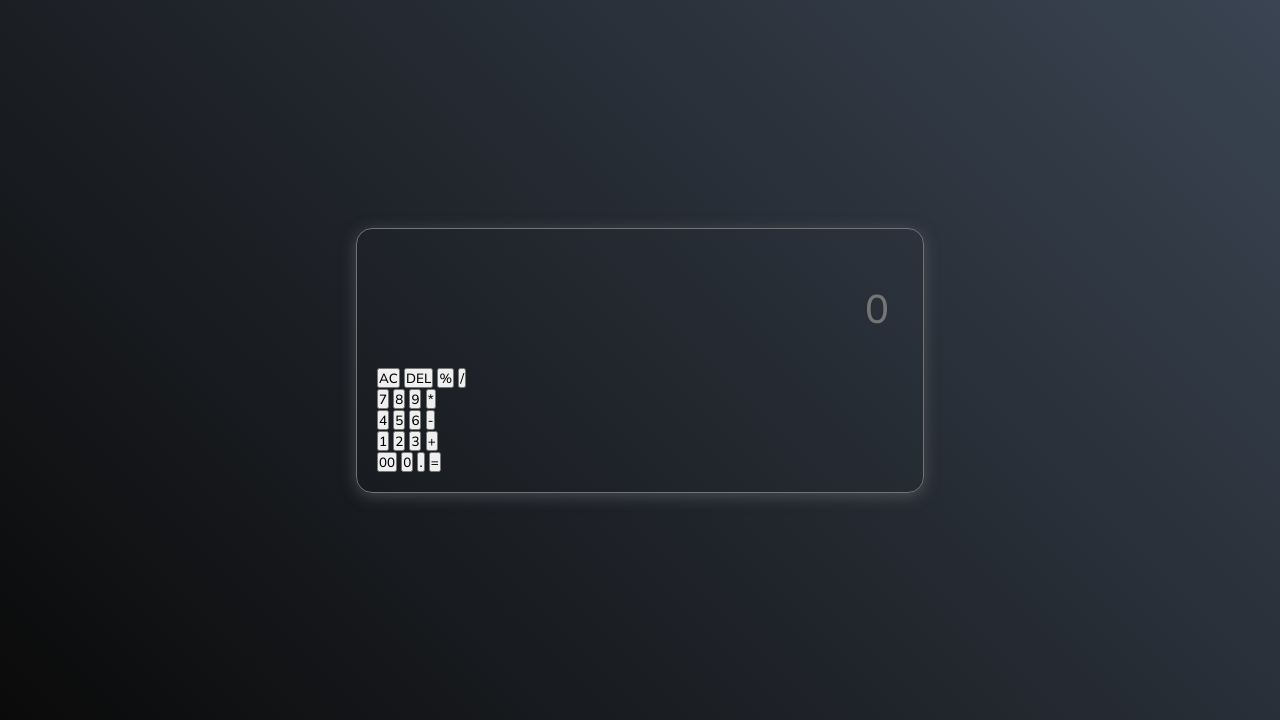
Repository: vaibhav1281/Calculator
Page: index.html
These files come from the project's save history. The page is drawn as it stood at one moment and after a run of saves; the edit follows.
The browser window is 1280 px wide. The pictures show the whole page.

Above is the page before, as saved 2023-05-06 20:06:10.

After the next 8 saves:
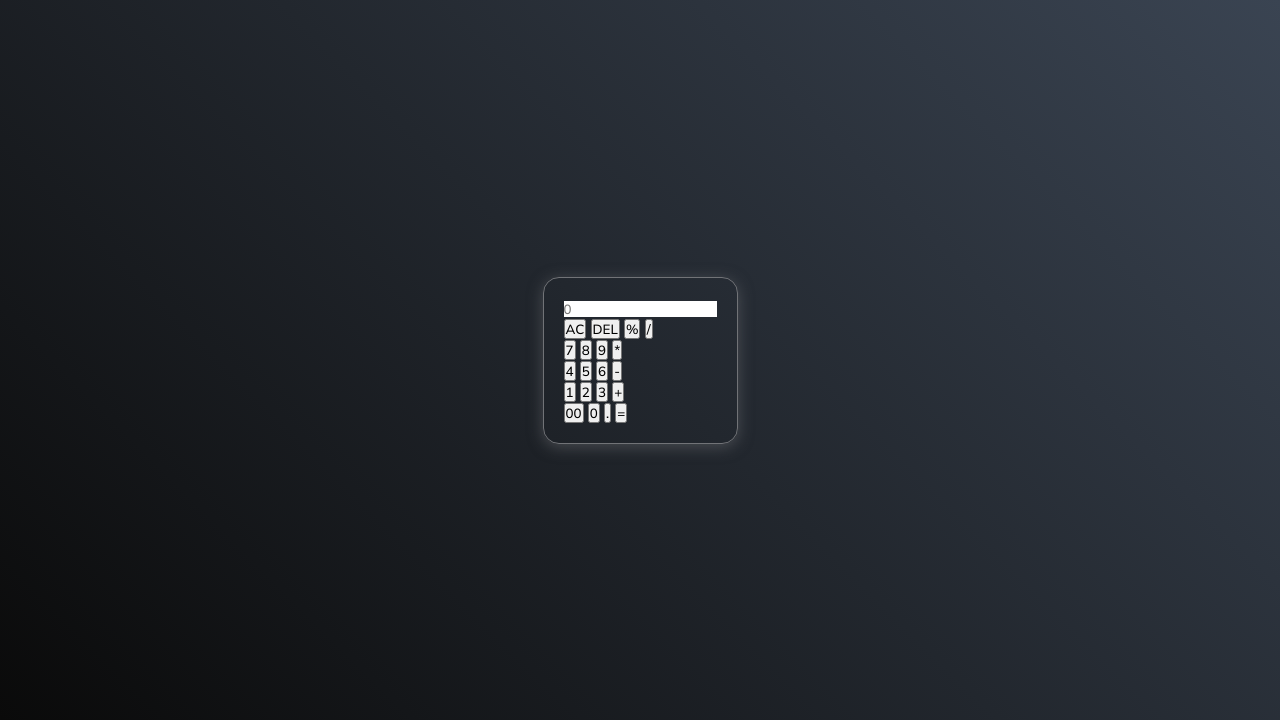
The 8 saves are shown as one change because they came seconds apart.
The last was saved 26 s later.
--- a/styles.css
+++ b/styles.css
@@ -25,12 +25,12 @@
 input{
     width: 100%;
     border: none;
-    padding: 24px;
-    margin: 10px;
-    background: transparent;
-    box-shadow: 0px 3px 15px rgbs(84, 84, 84, 0.1);
-    font-size: 40px;
-    text-align: right;
-    cursor: pointer;
-    color: #ffffff;
+    /* padding: 24px; */
+    /* margin: 10px; */
+    /* background: transparent; */
+    /* box-shadow: 0px 3px 15px rgbs(84, 84, 84, 0.1); */
+    /* font-size: 40px; */
+    /* text-align: right; */
+    /* cursor: pointer; */
+    /* color: #ffffff; */
 }
